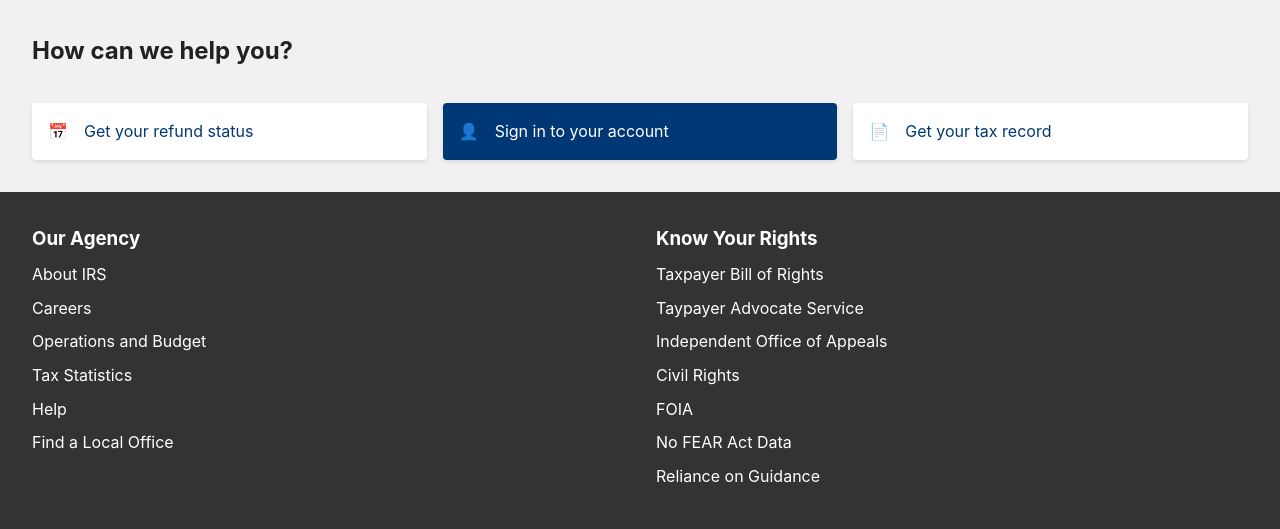
Repository: mdzaj-exe/Mockups
Page: index.html
An editor plug-in stored every save of this project. The page is shown before and after the next save, followed by the edit.
The browser window is 1280 px wide. The pictures show the part of the page from y = 362 to 891 px (the page is 891 px tall before and 875 px after).

Above is the page before, as saved 2024-11-22 13:00:06.

### index.html
<!DOCTYPE html>
<html lang="en">
  <head>
    <meta charset="UTF-8" />
    <meta name="viewport" content="width=device-width, initial-scale=1.0" />
    <title>IRS.gov | Internal Revenue Service</title>
    <link rel="stylesheet" href="styles.css" />
  </head>
  <body>
    <header>
      <div class="gov-banner">
        <span class="usa-flag">🇺🇸</span>
        An (un)official website of the United States Government
      </div>
      <div class="main-header">
        <div class="logo">IRS</div>
        <nav class="top-nav">
          <a href="#">Help</a>
          <a href="#">News</a>
          <select class="language-select">
            <option>English</option>
          </select>
          <a href="#">Charities & Nonprofits</a>
          <a href="#">Tax Pros</a>
        </nav>
      </div>
      <nav class="main-nav">
        <a href="#">File</a>
        <a href="#">Pay</a>
        <a href="#">Refunds</a>
        <a href="#">Credits & Deductions</a>
        <a href="#">Forms & Instructions</a>
        <div class="search-box">
          <input type="search" placeholder="Search" />
          <button>🔍</button>
        </div>
      </nav>
    </header>

    <main>
      <section class="hero">
        <h1>Helping people understand and meet their tax responsibilities</h1>
      </section>

      <section class="help-section">
        <h2>How can we help you?</h2>
        <div class="help-grid">
          <a href="#" class="help-item">
            <span class="icon">📅</span>
            Get your refund status
          </a>
          <a href="#" class="help-item sign-in">
            <span class="icon">👤</span>
            Sign in to your account
          </a>
          <a href="#" class="help-item">
            <span class="icon">📄</span>
            Get your tax record
          </a>
        </div>
      </section>
    </main>

    <footer>
      <div class="footer-links">
        <div>
          <h3>Our Agency</h3>
          <a href="#">About IRS</a>
          <a href="#">Careers</a>
          <a href="#">Operations and Budget</a>
          <a href="#">Tax Statistics</a>
          <a href="#">Help</a>
          <a href="#">Find a Local Office</a>
        </div>
        <div>
          <h3>Know Your Rights</h3>
          <a href="#">Taxpayer Bill of Rights</a>
          <a href="#">Taypayer Advocate Service</a>
          <a href="#">Independent Office of Appeals</a>
          <a href="#">Civil Rights</a>
          <a href="#">FOIA</a>
          <a href="#">No FEAR Act Data</a>
          <a href="#">Reliance on Guidance</a>
        </div>
      </div>
    </footer>
  </body>
</html>

### styles.css
:root {
  --primary-color: #003875;
  --secondary-color: #205493;
  --text-color: #212121;
  --background-light: #f1f1f1;
}

* {
  margin: 0;
  padding: 0;
  box-sizing: border-box;
}

body {
  font-family: -apple-system, BlinkMacSystemFont, "Segoe UI", Roboto, sans-serif;
  line-height: 1.6;
  color: var(--text-color);
}

.gov-banner {
  background: var(--background-light);
  padding: 0.5rem;
  text-align: center;
  font-size: 0.9rem;
}

.main-header {
  background: var(--primary-color);
  color: white;
  padding: 1rem;
  display: flex;
  justify-content: space-between;
  align-items: center;
}

.logo {
  font-size: 2rem;
  font-weight: bold;
}

.top-nav a,
.main-nav a {
  color: white;
  text-decoration: none;
  padding: 0.5rem 1rem;
}

.main-nav {
  background: var(--secondary-color);
  padding: 1rem;
  display: flex;
  gap: 1rem;
}

.hero {
  background: linear-gradient(rgba(0, 0, 0, 0.5), rgba(0, 0, 0, 0.5)),
    url("hero-bg.jpg");
  color: white;
  padding: 4rem 2rem;
  text-align: center;
}

.help-section {
  padding: 2rem;
  background: var(--background-light);
}

.help-grid {
  display: grid;
  grid-template-columns: repeat(auto-fit, minmax(250px, 1fr));
  gap: 1rem;
  margin-top: 2rem;
}

.help-item {
  background: white;
  padding: 1rem;
  text-decoration: none;
  color: var(--primary-color);
  border-radius: 4px;
  display: flex;
  align-items: center;
  gap: 1rem;
  box-shadow: 0 2px 4px rgba(0, 0, 0, 0.1);
}

.sign-in {
  background: var(--primary-color);
  color: white;
}

footer {
  background: #333;
  color: white;
  padding: 2rem;
}

.footer-links {
  display: grid;
  grid-template-columns: repeat(auto-fit, minmax(200px, 1fr));
  gap: 2rem;
}

.footer-links a {
  color: white;
  text-decoration: none;
  display: block;
  margin: 0.5rem 0;
}

After the next save:
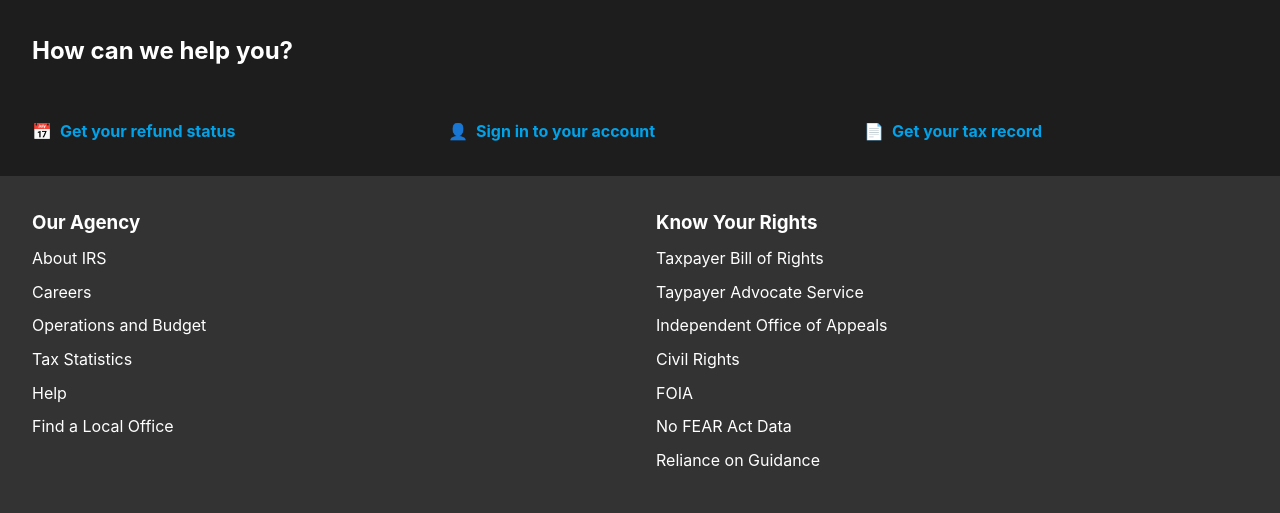
Saved 5 min 53 s later.
--- a/styles.css
+++ b/styles.css
@@ -62,31 +62,43 @@
 
 .help-section {
   padding: 2rem;
-  background: var(--background-light);
+  background: #1d1d1d; /* Dark background like the IRS site */
+  color: white;
+}
+
+.help-section h2 {
+  font-weight: bold;
+  color: white;
+  padding-bottom: 1rem;
 }
 
 .help-grid {
   display: grid;
   grid-template-columns: repeat(auto-fit, minmax(250px, 1fr));
-  gap: 1rem;
+  gap: 2rem;
   margin-top: 2rem;
+  background: none;
 }
 
 .help-item {
-  background: white;
-  padding: 1rem;
+  color: #00a3ea; /* Light blue color for links */
+  font-weight: bold;
   text-decoration: none;
-  color: var(--primary-color);
-  border-radius: 4px;
   display: flex;
   align-items: center;
-  gap: 1rem;
-  box-shadow: 0 2px 4px rgba(0, 0, 0, 0.1);
+  gap: 0.5rem;
+  background: none;
+  box-shadow: none;
+  padding: 0;
+}
+
+.help-item:hover {
+  text-decoration: underline;
 }
 
 .sign-in {
-  background: var(--primary-color);
-  color: white;
+  background: none;
+  color: #00a3ea;
 }
 
 footer {
